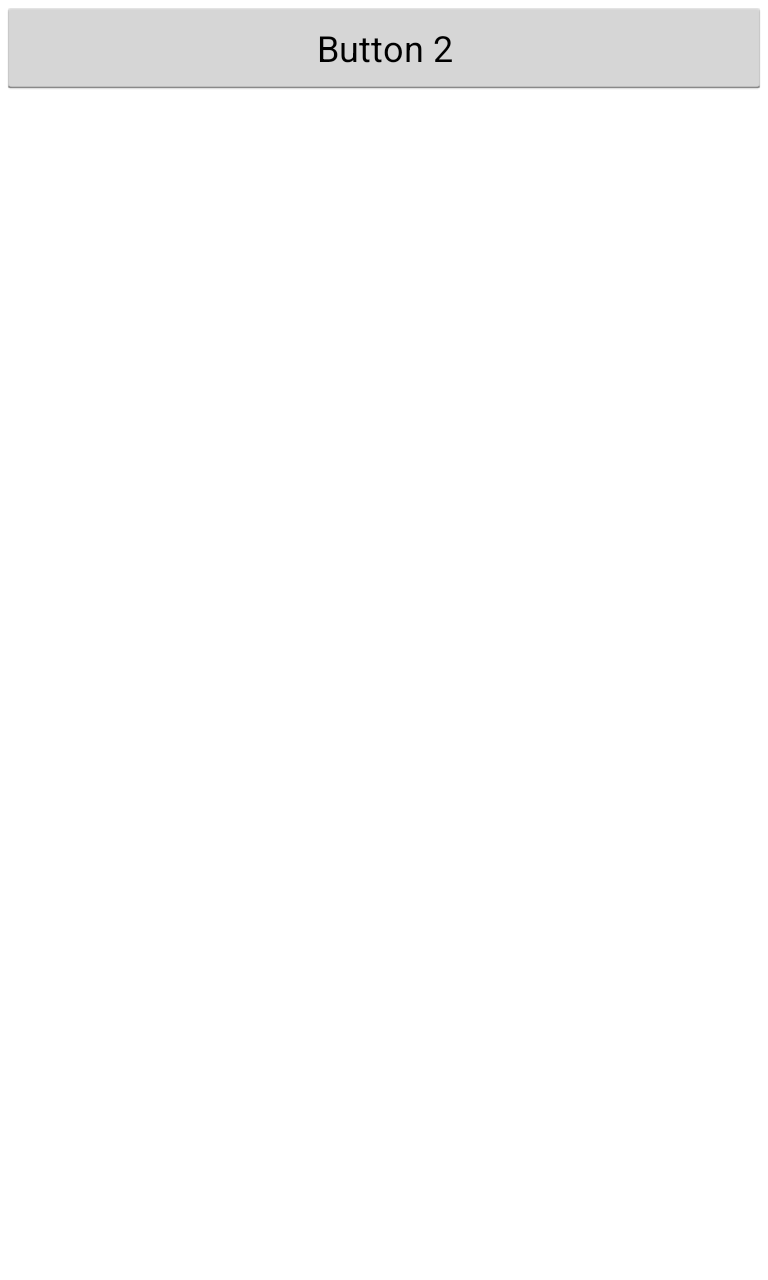
Repository: hohoTT/Android_summarize
Layout: ActivityTest/res/layout/second_layout.xml
The author's editor kept a copy of each file at every save. The layout is drawn from the files as they stood at one save, then again after the next save.
It is drawn on a 768 x 1280 px phone screen (xhdpi) without system bars, with theme AppTheme; the app's code is not run.

Above is the layout before, as saved 2016-02-22 05:29:01.

After the next save:
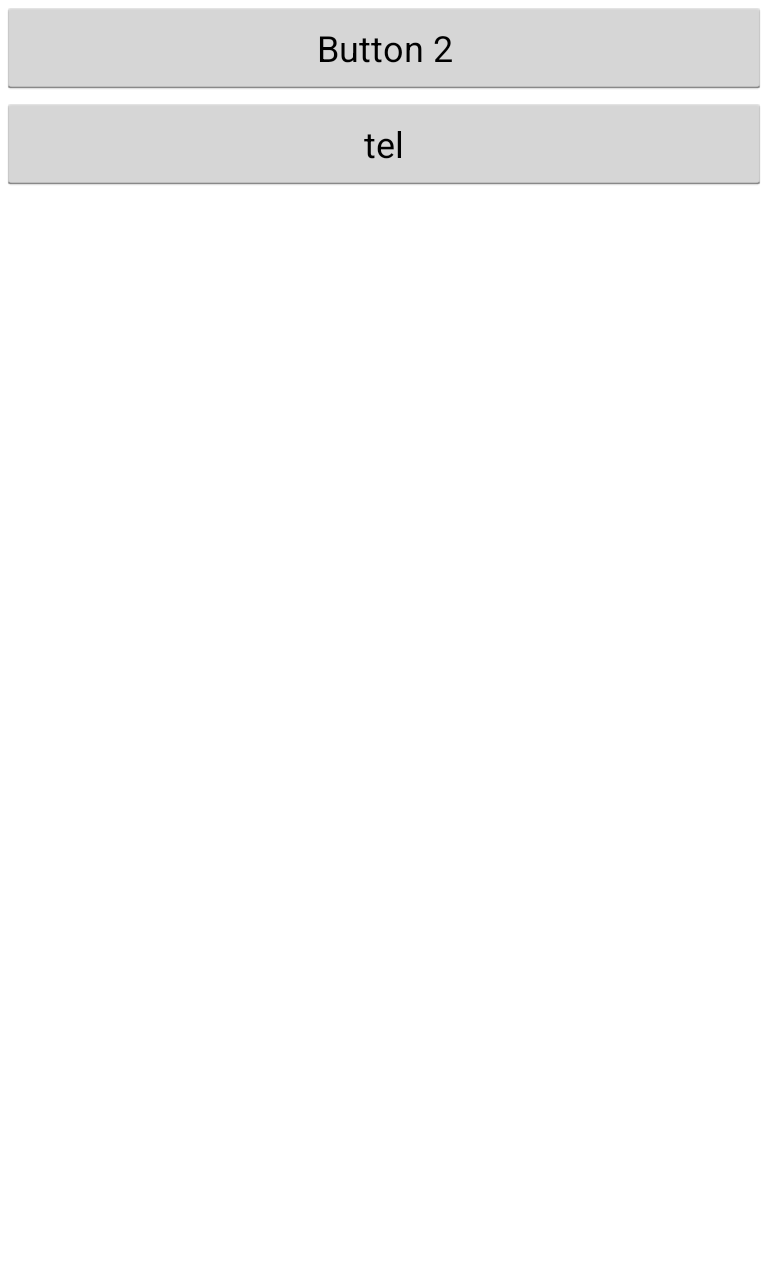
Saved 2 min 21 s later.
--- a/ActivityTest/res/layout/second_layout.xml
+++ b/ActivityTest/res/layout/second_layout.xml
@@ -10,4 +10,10 @@
         android:layout_height="wrap_content"
         android:text="Button 2" />
 
+    <Button
+        android:id="@+id/button_tel"
+        android:layout_width="match_parent"
+        android:layout_height="wrap_content"
+        android:text="tel" />
+
 </LinearLayout>
